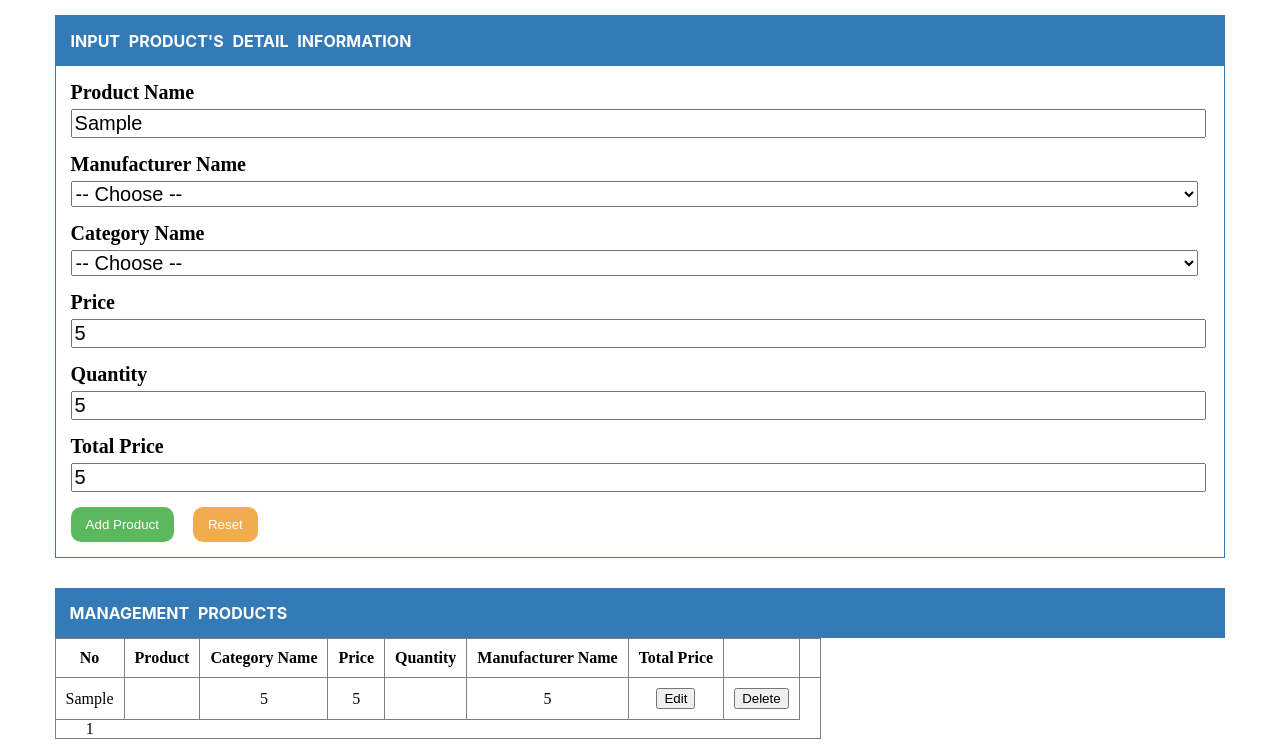
Repository: AnhDuc0125/HTML-Aptech
Page: bt2019/index.html
The author's editor kept a copy of each file at every save. The page is drawn from the files as they stood at one save, then again after the next save.
The browser window is 1280 px wide. The pictures show the whole page.
Empty fields were first filled with sample values (such as "Sample", 5 or name@example.com).
After loading, the first visible `button.add-btn` was clicked once.

Above is the page before, as saved 2021-12-03 00:20:04.

After the next save:
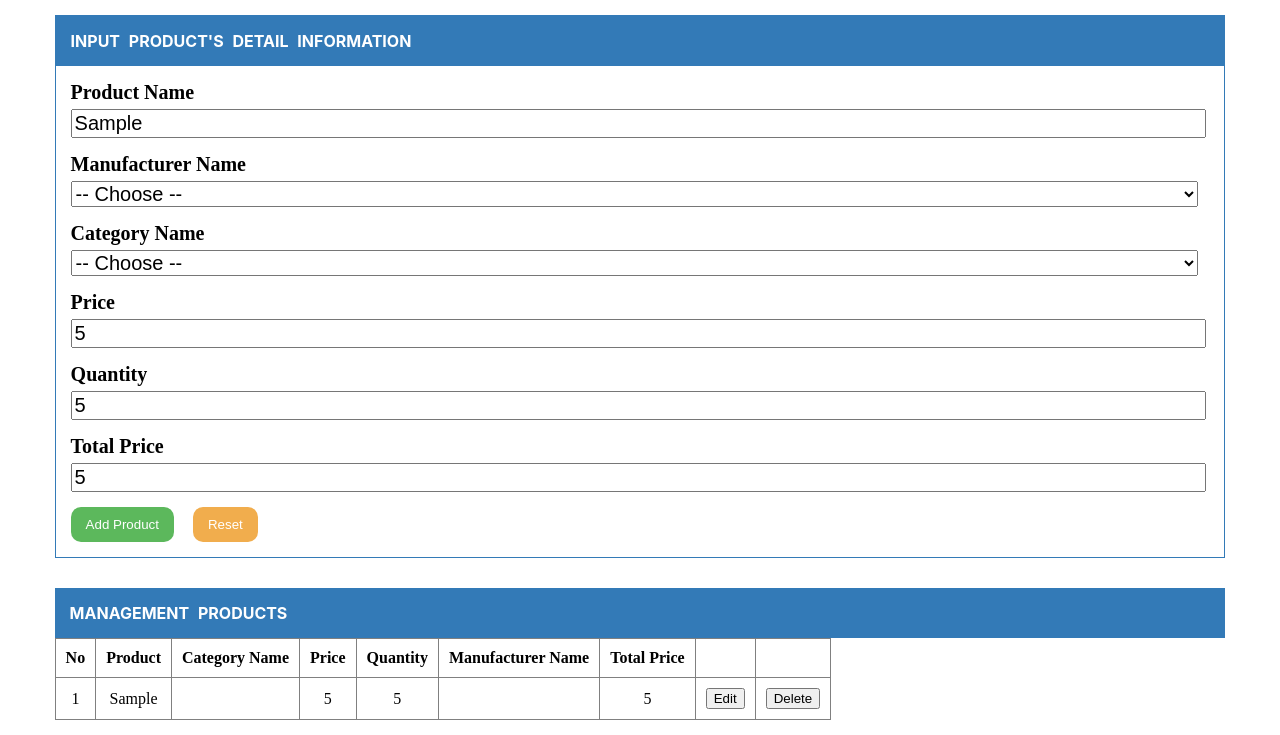
Saved 42 s later.
--- a/bt2019/index.html
+++ b/bt2019/index.html
@@ -178,7 +178,7 @@
             var index = 0
             document.getElementById('result').innerHTML += (`
                 <tr>
-                    <d>${++index}</td>
+                    <td>${++index}</td>
                     <td>${productTag}</td>
                     <td>${cateTag}</td>
                     <td>${priceTag}</td>
